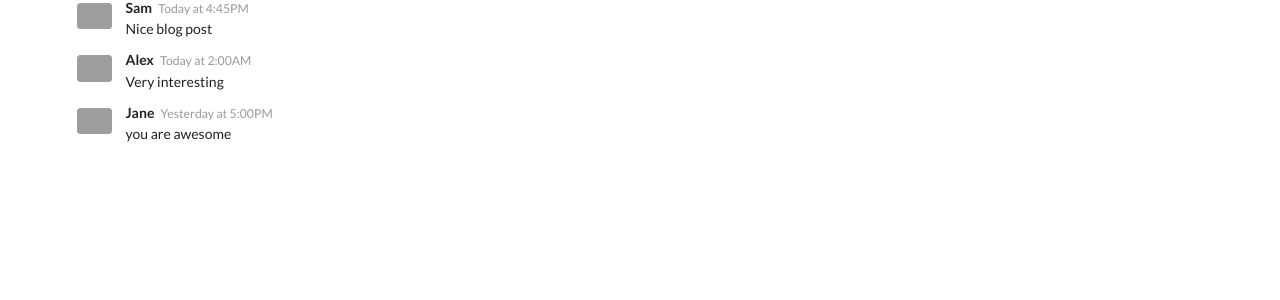
Repository: EgorSherstnev/Components
Page: /
An editor plug-in stored every save of this project. The page is shown before and after the next save, followed by the edit.
The browser window is 1280 px wide. The pictures show the whole page.
Pictures or frames that could not be fetched are drawn as grey boxes. The project was rebuilt for these pictures with package versions that can differ from the ones it lists, and the page was loaded fresh each time.

Above is the page before, as saved 2022-09-16 00:14:03.

After the next save:
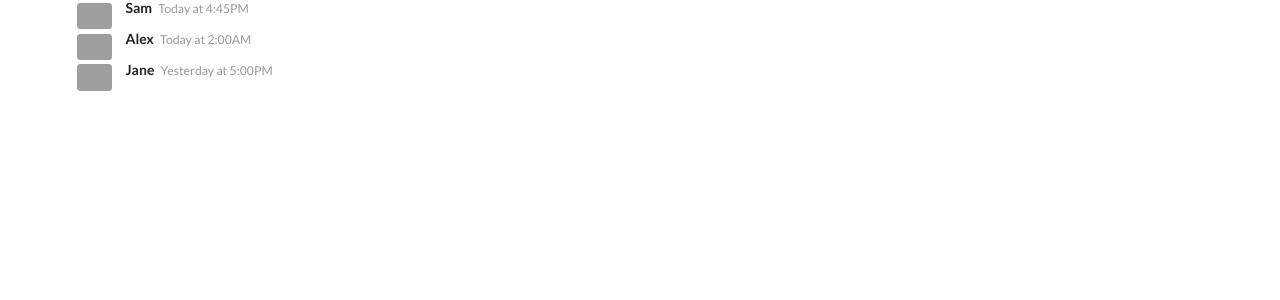
Saved 7 min 40 s later.
--- a/src/index.js
+++ b/src/index.js
@@ -6,9 +6,21 @@ import CommentDetail from "./CommentDetail";
 const App = () => {
     return (
         <div className="ui container comments">
-           <CommentDetail author="Sam" timeAgo="Today at 4:45PM" textContent="Nice blog post" userAvatar={faker.image.avatar()} />
-           <CommentDetail author="Alex" timeAgo="Today at 2:00AM" textContent="Very interesting" userAvatar={faker.image.avatar()} />
-           <CommentDetail author="Jane" timeAgo="Yesterday at 5:00PM" textContent="you are awesome" userAvatar={faker.image.avatar()} />
+           <CommentDetail
+                author="Sam"
+                timeAgo="Today at 4:45PM"
+                content="Nice blog post"
+                userAvatar={faker.image.avatar()} />
+           <CommentDetail
+                author="Alex"
+                timeAgo="Today at 2:00AM"
+                content="Very interesting"
+                userAvatar={faker.image.avatar()} />
+           <CommentDetail
+                author="Jane"
+                timeAgo="Yesterday at 5:00PM"
+                content="you are awesome"
+                userAvatar={faker.image.avatar()} />
         </div>
     );
 };

After the save that followed:
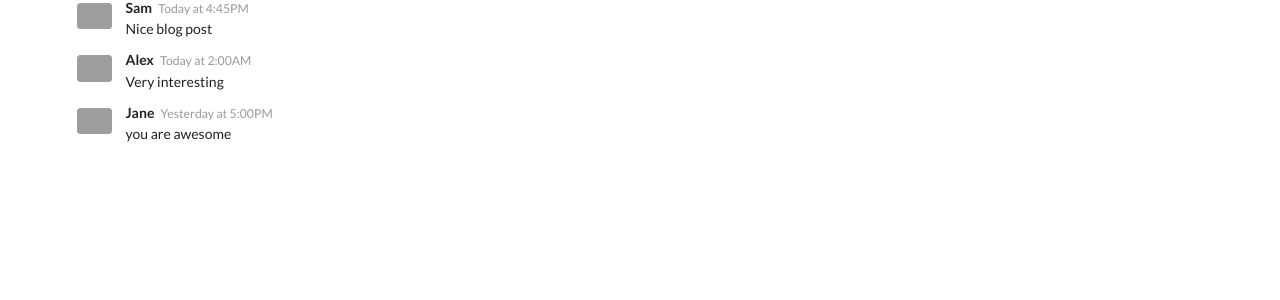
Saved 3 s later.
--- a/src/CommentDetail.js
+++ b/src/CommentDetail.js
@@ -14,7 +14,7 @@ const CommentDetail = props => {
                     <div className="metadata">
                         <span className="date">{props.timeAgo}</span>
                     </div>
-                    <div className="text">{props.textContent}</div>
+                    <div className="text">{props.content}</div>
                 </div>
             </div>
     );
